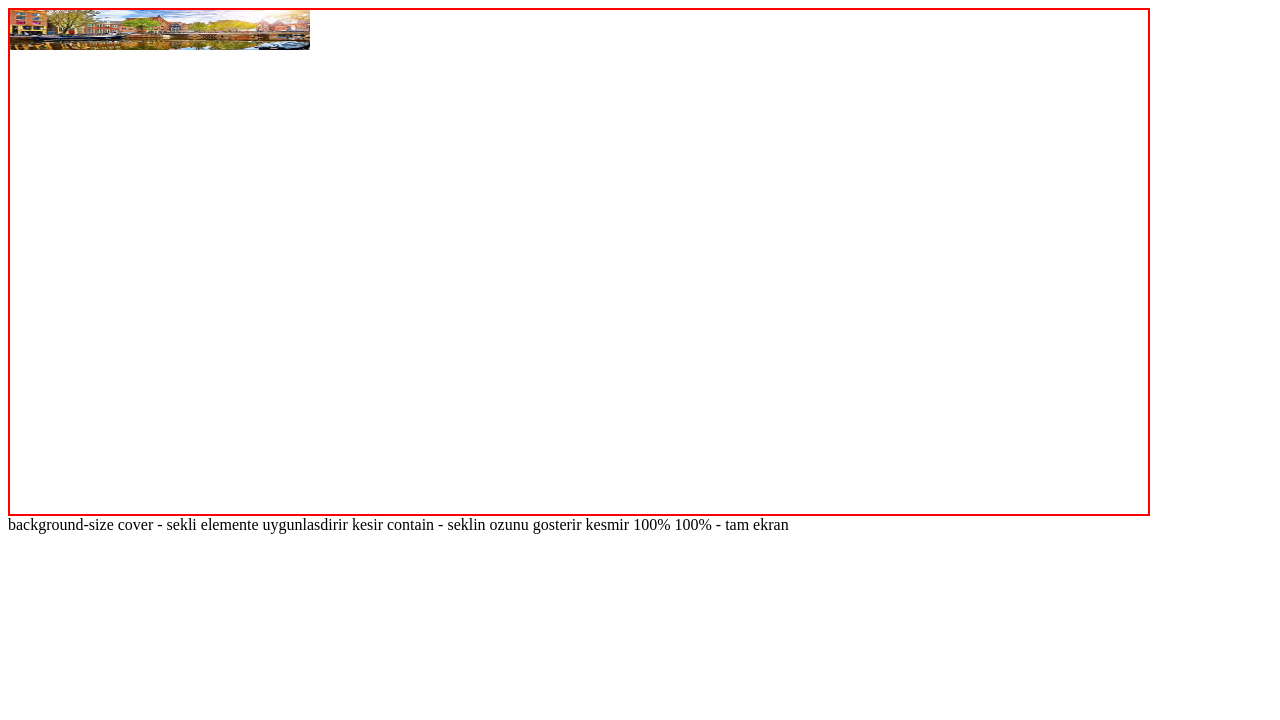
Repository: AytacSafarova/TAsk-11
Page: index.html
These files come from the project's save history. The page is drawn as it stood at one moment and after the next save; the edit follows.
The browser window is 1280 px wide. The pictures show the whole page.

Above is the page before, as saved 2023-09-01 15:58:26.

After the next save:
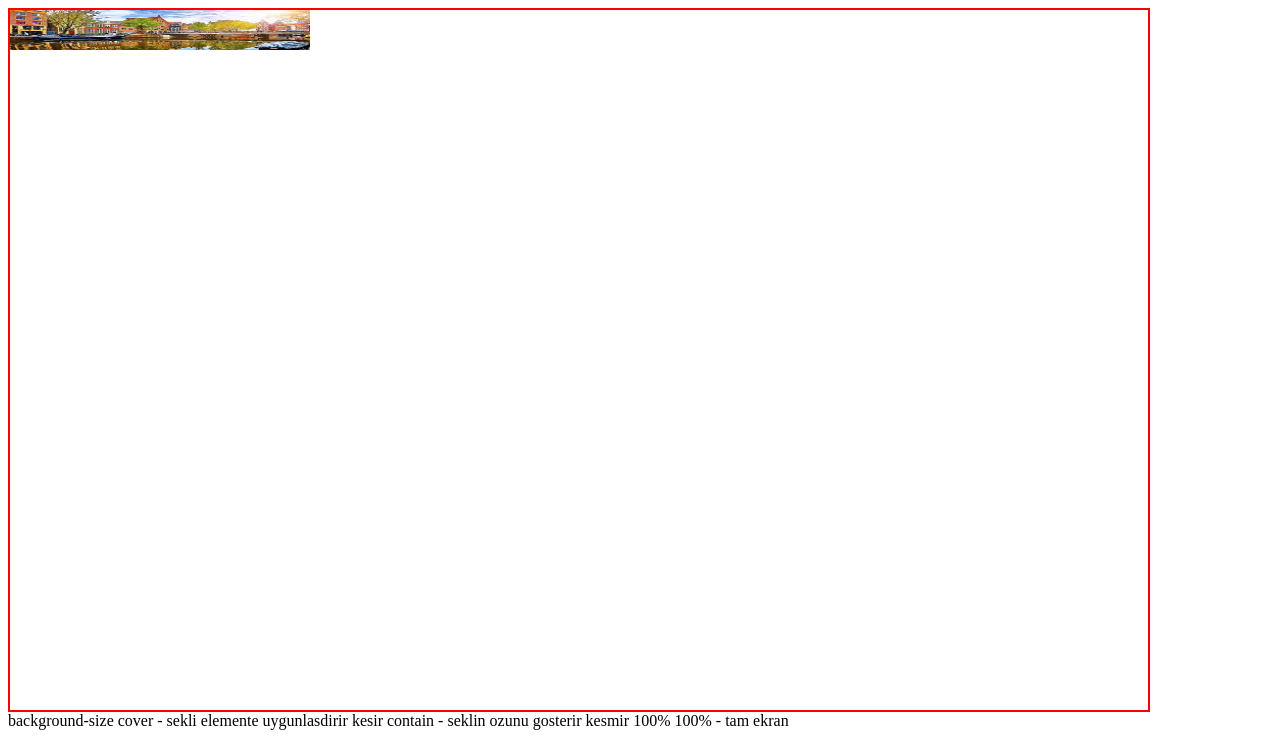
Saved 13 s later.
--- a/index.html
+++ b/index.html
@@ -9,7 +9,7 @@
 <style>
     .container {
         background-image: url('./download\ \(1\).jfif');
-        min-height: 70vh;
+        min-height: 700px;
         width: 90%;
         border: 2px solid red;
         background-repeat: no-repeat;

After the save that followed:
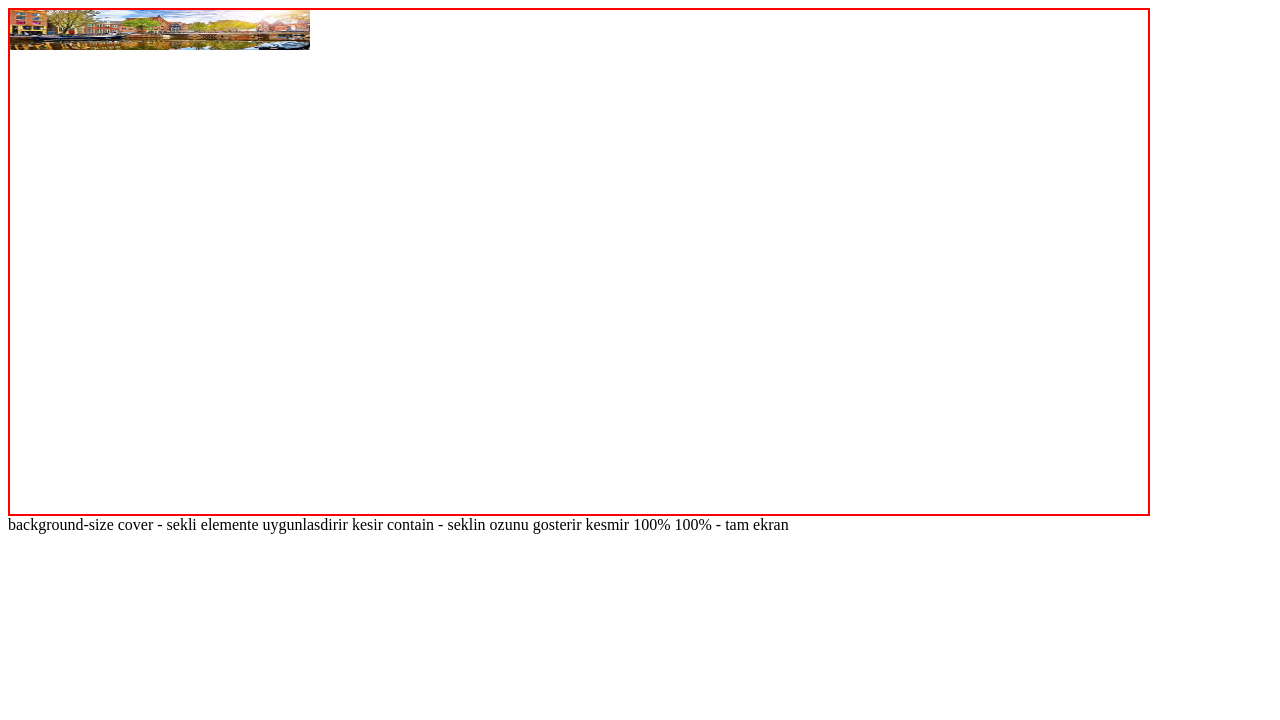
Saved 11 s later.
--- a/index.html
+++ b/index.html
@@ -9,7 +9,7 @@
 <style>
     .container {
         background-image: url('./download\ \(1\).jfif');
-        min-height: 700px;
+        min-height: 70vh;
         width: 90%;
         border: 2px solid red;
         background-repeat: no-repeat;
